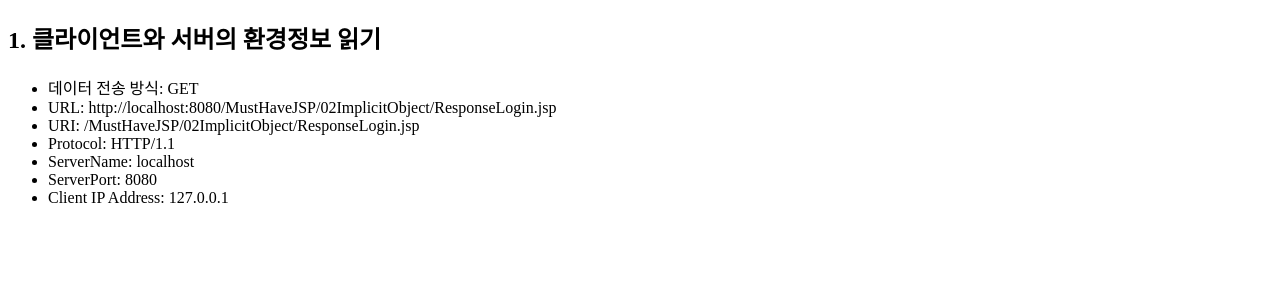
Repository: Jadedvst/JSP-Servlet
Page: http://localhost/MustHaveJSP/02ImplicitObject/ResponseLogin.jsp
These files come from the project's save history. The page is drawn as it stood at one moment and after the next save; the edit follows.
The browser window is 1280 px wide. The pictures show the whole page.
The page is served by Tomcat 9.

Above is the page before, as saved 2023-12-11 02:44:23.

After the next save:
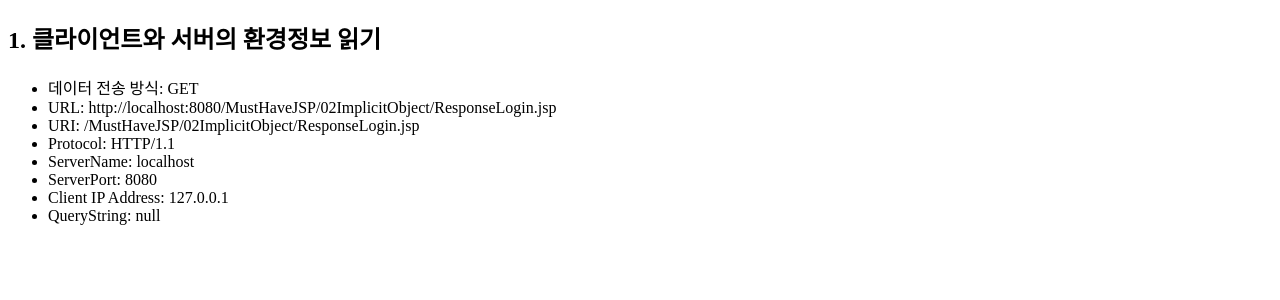
Saved 67 s later.
--- a/MustHaveJSP/src/main/webapp/02ImplicitObject/ResponseLogin.jsp
+++ b/MustHaveJSP/src/main/webapp/02ImplicitObject/ResponseLogin.jsp
@@ -16,6 +16,7 @@
 	<li>ServerName: <%= request.getServerName()%> </li>
 	<li>ServerPort: <%= request.getServerPort()%> </li>
 	<li>Client IP Address: <%= request.getRemoteAddr()%> </li>
+	<li>QueryString: <%= request.getQueryString()%> </li>
 </ul>
 </body>
 </html>
